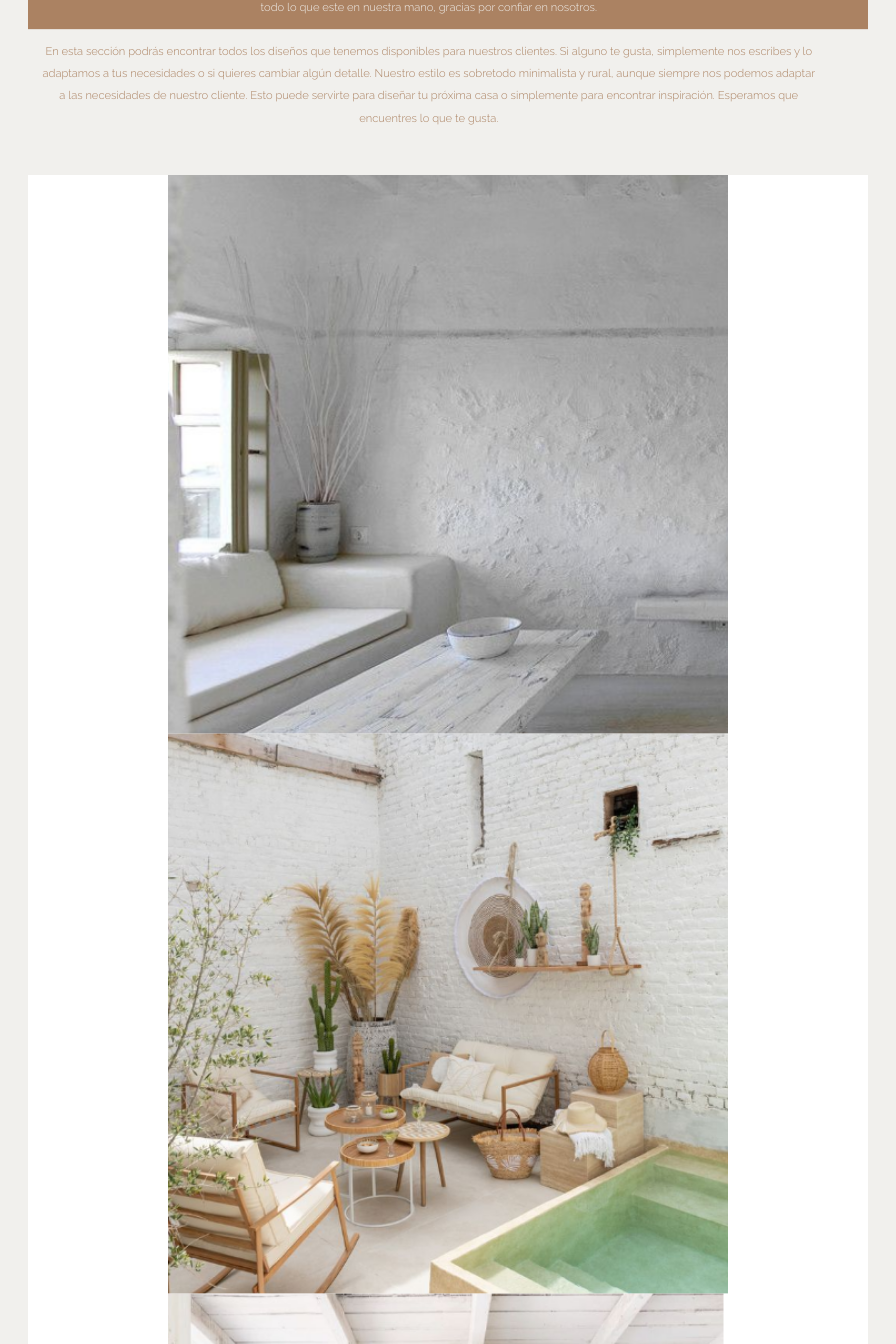
Repository: OmarDvd/proyectoDisenoInterior
Page: disenos.html
The author's editor kept a record of every edit. The page is drawn from the files as they stood at one moment, then again after the next edit.
The browser window is 1280 px wide. The pictures show the part of the page from y = 540 to 2460 px (the page is 7996 px tall before and 3352 px after), at 70% of full size.

Above is the page before.
Console error: TypeError: Cannot set properties of null (setting 'onclick')

### disenos.html
<html lang="en">
<head>
    <meta charset="UTF-8">
    <meta name="viewport" content="width=device-width, initial-scale=1.0">
    <title>Eponymous</title>
    <link rel="stylesheet" href="css/estilos.css">
    <link href="https://fonts.googleapis.com/css2?family=Raleway:wght@300&display=swap" rel="stylesheet">
    <link rel="stylesheet" href="https://fonts.googleapis.com/css2?family=Material+Symbols+Outlined:opsz,wght,FILL,GRAD@20..48,100..700,0..1,-50..200" />

    </head>
<body>
    <div class="contenedor">
        <div class="tit-nav">
            <div class="tit">
                <img src="imagenes/DP.png" alt="">
            </div>
            <div class="nav">
                <nav>
                    <a href="index.html">Inicio</a>
                    <a href="disenos.html">Diseños</a>
                    <a href="#">Productos</a>
                </nav>
            </div>
        </div>

        <div class="img">
            <img src="imagenes/Captura.PNG" alt="">
        </div>



            <div class="contenido">
                <div class="info">
                    <h1 class="marron" id="h1_marron">NUESTROS DISEÑOS</h1>

                </div>


                <div class="marron">
                    <div class="marron_texto">
                        <p id="text1">En esta empresa nos dedicamos ha hacer tus sueños realidad, o mejor dicho... ha diseñar tus sueños, tu casa de ensueño. Le atenderemos o bien, en nuestras oficinas que se encuentran en Granada y Málaga, o bien, a través de nuestro correo infoPredator@gmail.com. Esperamos poder ayudarle en todo lo que este en nuestra mano, gracias por confiar en nosotros.
                        </p>
                    </div>

                </div>


                <div class="blanco">
                    <div class="blanco_texto">
                        <p id="text2">
                            En esta sección podrás encontrar todos los diseños que tenemos disponibles para nuestros clientes. Si alguno te gusta, simplemente nos escribes y lo adaptamos a tus necesidades o si quieres cambiar algún detalle. Nuestro estilo es sobretodo minimalista y rural, aunque siempre nos podemos adaptar a las necesidades de nuestro cliente. Esto puede servirte para diseñar tu próxima casa o simplemente para encontrar inspiración. Esperamos que encuentres lo que te gusta.
                        </p>
                    </div>


                </div>

                <div class="img">
                        <img src="imagenes/diseños/Captura.PNG"></img>
                        <img src="imagenes/diseños/1Captura.PNG"></img>
                        <img src="imagenes/diseños/2Captura.PNG"></img>
                        <img src="imagenes/diseños/3Captura.PNG"></img>
                        <img src="imagenes/diseños/4Captura.PNG"></img>
                        <img src="imagenes/diseños/5Captura.PNG"></img>
                        <img src="imagenes/diseños/6Captura.PNG"></img>
                        <img src="imagenes/diseños/7Captura.PNG"></img>
                        <img src="imagenes/diseños/8Captura.PNG"></img>
                </div>


            </div>


    </div>
    <script src="https://cdn.jsdelivr.net/npm/bootstrap@5.3.2/dist/js/bootstrap.bundle.min.js" integrity="sha384-C6RzsynM9kWDrMNeT87bh95OGNyZPhcTNXj1NW7RuBCsyN/o0jlpcV8Qyq46cDfL" crossorigin="anonymous"></script>
    <script type="text/javascript" src="javascript/js.js"></script>
</body>
</html>

### css/estilos.css
*{
    margin: 0;
}

/*BODY*/
body{
    background-color: #F1F0ED;
    font-family: 'Raleway', sans-serif;
}
.contenedor{
    max-width: 1200px;
    margin: 0 auto;
}
/*CABECERA*/
.tit-nav{
    display: flex;
    padding: 10 0;
    justify-content: space-between;
    align-items: center;
}
    /*TITULO CABECERA*/
    .tit{
        color: #AB8262;
        font-size: 22px;
    }

    /*NAVEGACION*/

    .tit img{
        width: 300px;
    }
    .nav a{
        text-decoration: none;
        color: #AB8262;
        padding: 10;
        font-weight: bold;
        font-size: 16px;
    }

    .nav a:hover{
        text-decoration: none;
        color: #AB8262;
        padding: 10;
        font-weight: bold;
        font-size: 16px;
        background-color: white;
        border-radius: 3px;

    }


/*IMAGEN*/
.img{
    background-color: white;
    text-align: center;
}
    .img img{
        width: 800;
    }


    .contenido h1,.contenido p,.contenido a{
        padding: 15;
    }


    /*CONTENIDO*/
    .contenido{
        max-width: 100%;
    }
        .blanco, .marron{
            display: flex;
        }

        .contenido p{
            padding-right: 70;
            line-height: 2;
        }

        .contenido a{
            color: gray;
            line-height: 3;
        }


/*CUADROS DE COLORES*/
        #h1_blanco{
             padding-top: 50;
        }

        .blanco_texto{
            padding-bottom: 50;
        }
        .marron_texto p, #h1_blanco, .blanco_texto p{
            text-align: center;
        }
        .marron{
            background-color: #AB8262;
            color: #F1F0ED;

        }

        .blanco{
            background-color:#F1F0ED;
            color: #AB8262;

        }

        .info{
            display: flex;
            background-color: #AB8262;
        }

        .material-symbols-outlined{
            padding-top: 22px;
            color: white;
        }

### javascript/js.js
let boton1 = document.getElementById('boton1');
let texto1 = document.getElementById('text1');

let boton2 = document.getElementById('boton_blanco');
let texto2 = document.getElementById('text2');

let boton3 = document.getElementById('boton3');
let texto3 = document.getElementById('text3');

window.onload = function (){
    boton1.onclick = seguirLey1;

    boton2.onclick = seguirLey2;

    boton3.onclick = seguirLey3;
}

function seguirLey1() {
    texto1.style.display="block";
}

function seguirLey2() {
    texto2.style.display="block";
}

function seguirLey3() {
    texto3.style.display="block";
}

After the next edit:
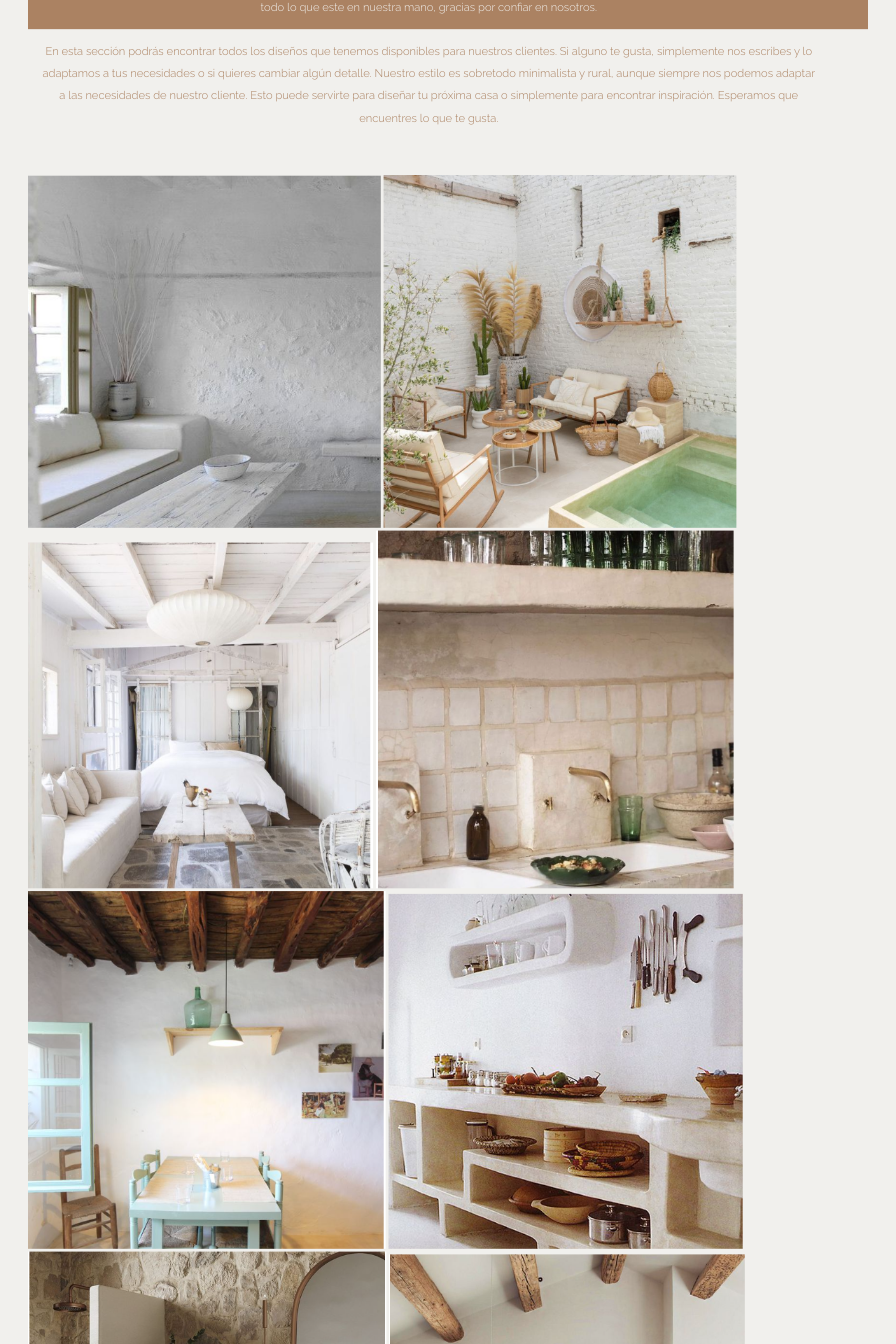
The edit:
--- a/disenos.html
+++ b/disenos.html
@@ -55,7 +55,7 @@
 
                 </div>
 
-                <div class="img">
+                <div class="img_diseng">
                         <img src="imagenes/diseños/Captura.PNG"></img>
                         <img src="imagenes/diseños/1Captura.PNG"></img>
                         <img src="imagenes/diseños/2Captura.PNG"></img>
